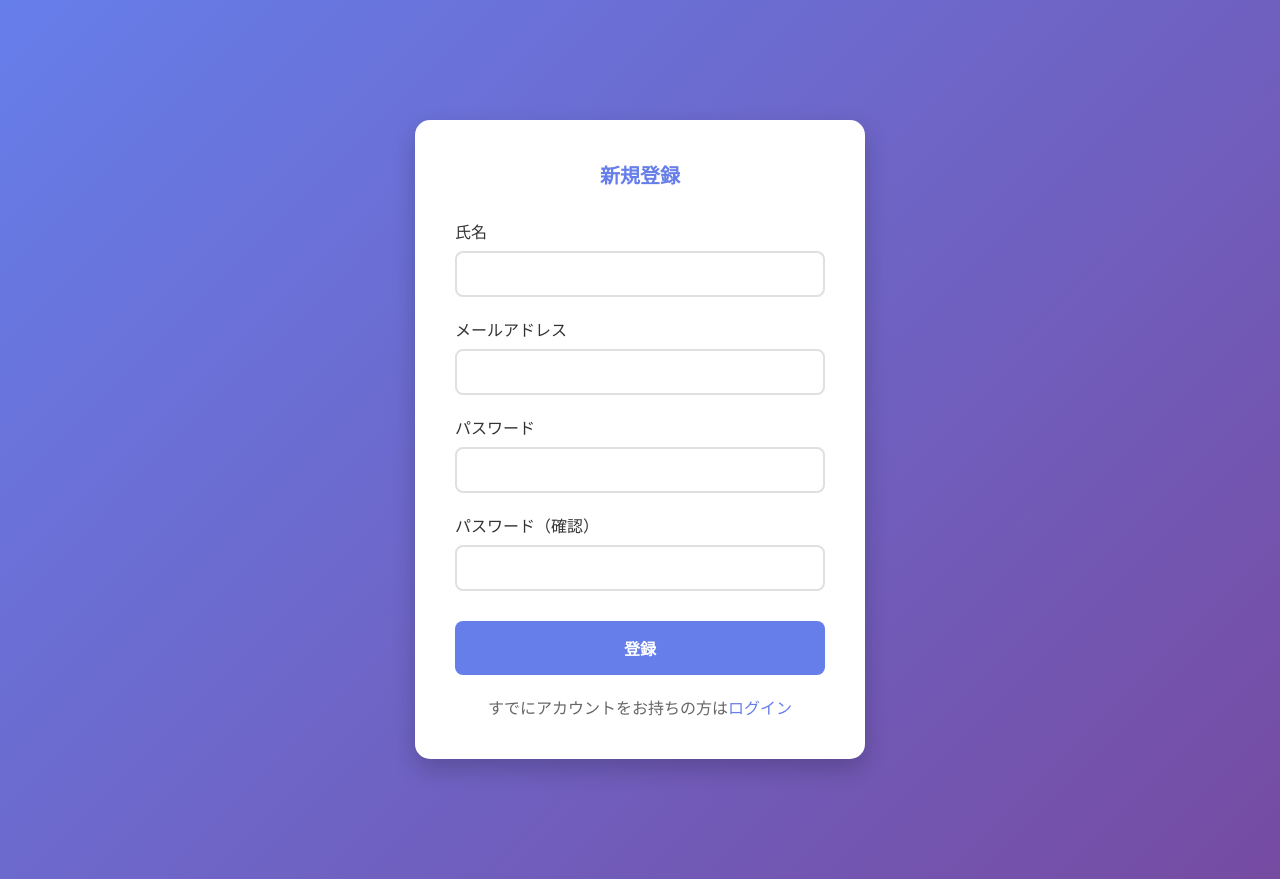
Repository: 04bit/WEB_HCJ
Page: index.html
These files come from the project's save history. The page is drawn as it stood at one moment and after the next save; the edit follows.
The browser window is 1280 px wide. The pictures show the whole page.
Empty fields were first filled with sample values (such as "Sample", 5 or name@example.com).
After loading, the first visible `#showRegister` was clicked once.

Above is the page before, as saved 2025-11-25 17:19:58.

### index.html
<!DOCTYPE html>
<html lang="ja">

<head>
    <meta charset="UTF-8">
    <meta name="viewport" content="width=device-width, initial-scale=1.0">
    <title>勤怠管理システム</title>
    <link rel="stylesheet" href="style.css">
    <script src="main.js" defer></script>
</head>

<body>
    <!-- ログイン画面 -->
    <div id="loginScreen" class="auth-container">
        <h1>勤怠管理システム</h1>
        <div id="loginError" class="error-message"></div>
        <form id="loginForm">
            <div class="form-group">
                <label>メールアドレス</label>
                <input type="email" id="loginEmail" title="loginEmail" required>
            </div>
            <div class="form-group">
                <label>パスワード</label>
                <input type="password" id="loginPassword" title="loginPassword" required>
            </div>
            <button type="submit" class="btn btn-primary">ログイン</button>
        </form>
        <div class="switch-form">
            アカウントをお持ちでない方は<a id="showRegister">新規登録</a>
        </div>
    </div>
    <!-- 新規登録画面 -->
    <div id="registerScreen" class="auth-container hidden">
        <h1>新規登録</h1>
        <div id="registerError" class="error-message"></div>
        <div id="registerSuccess" class="success-message"></div>
        <form id="registerForm">
            <div class="form-group">
                <label>氏名</label>
                <input type="text" id="registerName" title="registerName" required>
            </div>
            <div class="form-group">
                <label>メールアドレス</label>
                <input type="email" id="registerEmail" title="registerEmail" required>
            </div>
            <div class="form-group">
                <label>パスワード</label>
                <input type="password" id="registerPassword" title="registerPassword" required minlength="6">
            </div>
            <div class="form-group">
                <label>パスワード（確認）</label>
                <input type="password" id="registerPasswordConfirm" title="registerPasswordConfirm" required>
            </div>
            <button type="submit" class="btn btn-primary">登録</button>
        </form>
        <div class="switch-form">
            すでにアカウントをお持ちの方は<a id="showLogin">ログイン</a>
        </div>
    </div>
</body>

</html>

### style.css
@charset "UTF-8";

* {
    margin: 0;
    padding: 0;
    box-sizing: border-box;
}

body {
    font-family: 'Segoe UI' sans-serif;
    background: linear-gradient(135deg, #667eea 0%, #764ba2 100%);
    min-height: 100vh;
    padding: 20px;
}

.auth-container {
    max-width: 450px;
    margin: 100px auto;
    background: white;
    padding: 40px;
    border-radius: 15px;
    box-shadow: 0 10px 25px rgba(0,0,0,0.2);
}

.auth-container h1 {
    color: #667eea;
    text-align: center;
    margin-bottom: 30px;
    font-size: 20px;
}

.form-group {
    margin-bottom: 20px;
}

.form-group label {
    display: block;
    margin-bottom: 8px;
    color: #333;
    font-weight: 500;
}

.form-group input {
    width: 100%;
    padding: 12px 15px;
    border: 2px solid #e0e0e0;
    border-radius: 8px;
    font-size: 16px;
    transition: border 0.3s;
}

.form-group input:focus {
    outline: none;
    border-color: #667eea;
}

.btn {
    width: 100%;
    padding: 15px;
    border: none;
    border-radius: 8px;
    font-size: 16px;
    font-weight: bold;
    cursor: pointer;
    transition: all 0.3s;
    margin-top: 10px;
}

.btn-primary {
    background: #667eea;
    color: white;
}

.btn-primary:hover {
    background: #5568d3;
    transform: translateY(-2px);
}

.switch-form {
    text-align: center;
    margin-top: 20px;
    color: #666;
}

.switch-form a {
    color: #667eea;
    cursor: pointer;
    text-decoration: none;
}

.hidden {
    display: none !important;
}

### main.js

document.addEventListener('DOMContentLoaded', () => {
    const selectors = ['loginScreen', 'registerScreen', 'appScreen'];

    function showScreen(screen) {
        selectors.forEach(s => {
            const el = document.getElementById(s);
            if (el) el.classList.add('hidden');
        });
        const target = document.getElementById(screen);
        if (target) target.classList.remove('hidden');
    }

    function showTempMessage(elementId, message, isError = false) {
        const el = document.getElementById(elementId);
        if (!el) return;
        el.textContent = message;
        el.style.display = 'block';
        el.classList.toggle('error-message', isError);
        setTimeout(() => {
            el.style.display = 'none';
            el.textContent = '';
        }, 3000);
    }

    // Attach simple navigation handlers (protect against missing elements)
    const showRegister = document.getElementById('showRegister');
    const showLogin = document.getElementById('showLogin');
    if (showRegister) showRegister.addEventListener('click', (e) => { e.preventDefault(); showScreen('registerScreen'); });
    if (showLogin) showLogin.addEventListener('click', (e) => { e.preventDefault(); showScreen('loginScreen'); });

    // Form handling
    const registerForm = document.getElementById('registerForm');
    const loginForm = document.getElementById('loginForm');

    if (registerForm) {
        registerForm.addEventListener('submit', (e) => {
            e.preventDefault();
            const name = (document.getElementById('registerName') || {}).value || '';
            const email = (document.getElementById('registerEmail') || {}).value || '';
            const password = (document.getElementById('registerPassword') || {}).value || '';
            const passwordConfirm = (document.getElementById('registerPasswordConfirm') || {}).value || '';

            const registerErrorEl = document.getElementById('registerError');
            const registerSuccessEl = document.getElementById('registerSuccess');
            if (registerErrorEl) { registerErrorEl.textContent = ''; registerErrorEl.style.display = 'none'; }
            if (registerSuccessEl) { registerSuccessEl.textContent = ''; registerSuccessEl.style.display = 'none'; }

            if (!name || !email || !password) {
                if (registerErrorEl) { registerErrorEl.textContent = '必須項目を入力してください。'; registerErrorEl.style.display = 'block'; }
                return;
            }
            if (password !== passwordConfirm) {
                if (registerErrorEl) { registerErrorEl.textContent = 'パスワードが一致しません。'; registerErrorEl.style.display = 'block'; }
                return;
            }

            // TODO: 実際のサーバー呼び出しやユーザー保存処理をここに追加
            if (registerSuccessEl) {
                registerSuccessEl.textContent = '登録が完了しました。ログイン画面に戻ります。';
                registerSuccessEl.style.display = 'block';
            }

            // 2秒後にログイン画面へ戻す（ユーザーにメッセージを表示するため）
            setTimeout(() => {
                if (registerForm) registerForm.reset();
                showScreen('loginScreen');
            }, 2000);
        });
    }

    if (loginForm) {
        loginForm.addEventListener('submit', (e) => {
            e.preventDefault();
            const email = (document.getElementById('loginEmail') || {}).value || '';
            const password = (document.getElementById('loginPassword') || {}).value || '';
            const loginErrorEl = document.getElementById('loginError');
            if (loginErrorEl) { loginErrorEl.textContent = ''; loginErrorEl.style.display = 'none'; }

            if (!email || !password) {
                if (loginErrorEl) { loginErrorEl.textContent = 'メールアドレスとパスワードを入力してください。'; loginErrorEl.style.display = 'block'; }
                return;
            }

            // TODO: サーバー認証を追加。ここでは成功したものとして振る舞う。
            if (loginErrorEl) { loginErrorEl.textContent = 'ログイン成功（デモ）。'; loginErrorEl.style.display = 'block'; }

            // 実際のアプリ画面があればここで切り替える（`appScreen` が存在する場合のみ）
            const appEl = document.getElementById('appScreen');
            if (appEl) {
                showScreen('appScreen');
            }
        });
    }
});

After the next save:
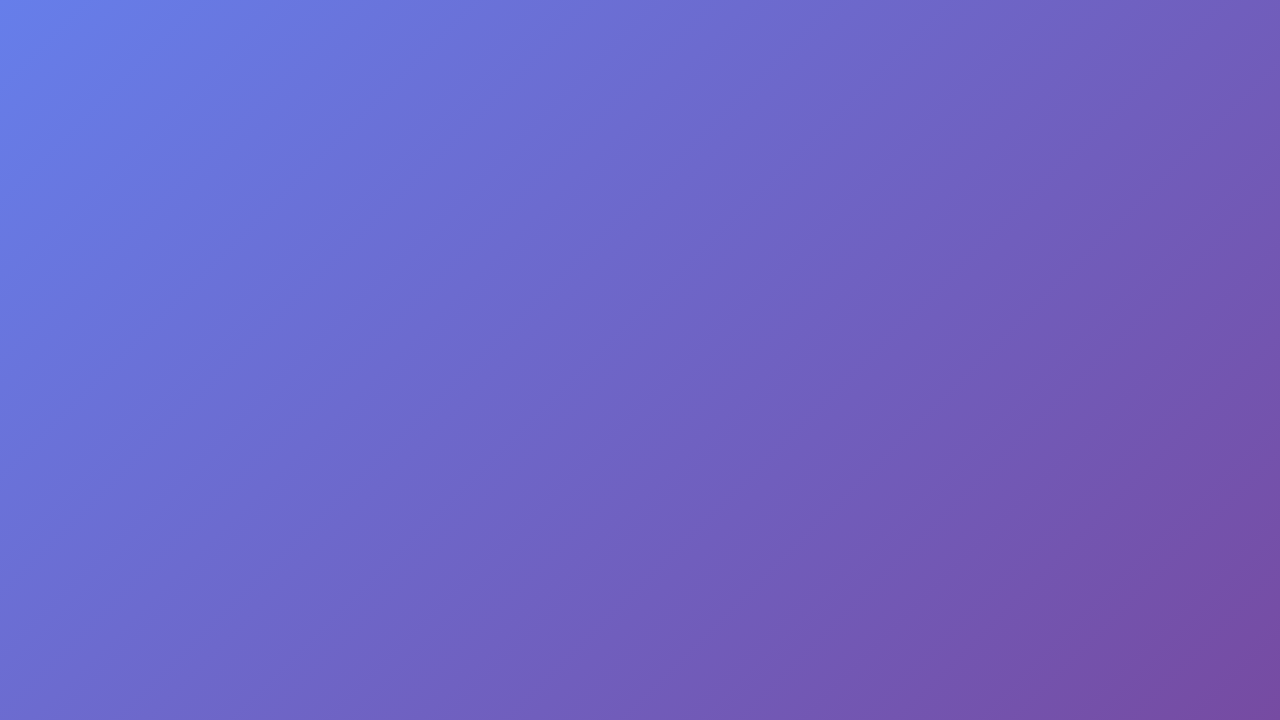
Console error: TypeError: Cannot read properties of null (reading 'classList')
Saved 30 s later.
--- a/main.js
+++ b/main.js
@@ -1,95 +1,17 @@
 
-document.addEventListener('DOMContentLoaded', () => {
-    const selectors = ['loginScreen', 'registerScreen', 'appScreen'];
+function showScreen(screen) {
+    ['loginScreen', 'registerScreen', 'appScreen'].forEach(s => {
+        document.getElementById(s).classList.add('hidden');
+    });
+    document.getElementById(screen).classList.remove('hidden');
+}
 
-    function showScreen(screen) {
-        selectors.forEach(s => {
-            const el = document.getElementById(s);
-            if (el) el.classList.add('hidden');
-        });
-        const target = document.getElementById(screen);
-        if (target) target.classList.remove('hidden');
-    }
+function showSuccess(elementId, message) {
+    const el = document.getElementById(elementId);
+    el.textContent = message;
+    el.style.display = 'block';
+    setTimeout(() => el.style.display = 'none', 3000);
+}
 
-    function showTempMessage(elementId, message, isError = false) {
-        const el = document.getElementById(elementId);
-        if (!el) return;
-        el.textContent = message;
-        el.style.display = 'block';
-        el.classList.toggle('error-message', isError);
-        setTimeout(() => {
-            el.style.display = 'none';
-            el.textContent = '';
-        }, 3000);
-    }
-
-    // Attach simple navigation handlers (protect against missing elements)
-    const showRegister = document.getElementById('showRegister');
-    const showLogin = document.getElementById('showLogin');
-    if (showRegister) showRegister.addEventListener('click', (e) => { e.preventDefault(); showScreen('registerScreen'); });
-    if (showLogin) showLogin.addEventListener('click', (e) => { e.preventDefault(); showScreen('loginScreen'); });
-
-    // Form handling
-    const registerForm = document.getElementById('registerForm');
-    const loginForm = document.getElementById('loginForm');
-
-    if (registerForm) {
-        registerForm.addEventListener('submit', (e) => {
-            e.preventDefault();
-            const name = (document.getElementById('registerName') || {}).value || '';
-            const email = (document.getElementById('registerEmail') || {}).value || '';
-            const password = (document.getElementById('registerPassword') || {}).value || '';
-            const passwordConfirm = (document.getElementById('registerPasswordConfirm') || {}).value || '';
-
-            const registerErrorEl = document.getElementById('registerError');
-            const registerSuccessEl = document.getElementById('registerSuccess');
-            if (registerErrorEl) { registerErrorEl.textContent = ''; registerErrorEl.style.display = 'none'; }
-            if (registerSuccessEl) { registerSuccessEl.textContent = ''; registerSuccessEl.style.display = 'none'; }
-
-            if (!name || !email || !password) {
-                if (registerErrorEl) { registerErrorEl.textContent = '必須項目を入力してください。'; registerErrorEl.style.display = 'block'; }
-                return;
-            }
-            if (password !== passwordConfirm) {
-                if (registerErrorEl) { registerErrorEl.textContent = 'パスワードが一致しません。'; registerErrorEl.style.display = 'block'; }
-                return;
-            }
-
-            // TODO: 実際のサーバー呼び出しやユーザー保存処理をここに追加
-            if (registerSuccessEl) {
-                registerSuccessEl.textContent = '登録が完了しました。ログイン画面に戻ります。';
-                registerSuccessEl.style.display = 'block';
-            }
-
-            // 2秒後にログイン画面へ戻す（ユーザーにメッセージを表示するため）
-            setTimeout(() => {
-                if (registerForm) registerForm.reset();
-                showScreen('loginScreen');
-            }, 2000);
-        });
-    }
-
-    if (loginForm) {
-        loginForm.addEventListener('submit', (e) => {
-            e.preventDefault();
-            const email = (document.getElementById('loginEmail') || {}).value || '';
-            const password = (document.getElementById('loginPassword') || {}).value || '';
-            const loginErrorEl = document.getElementById('loginError');
-            if (loginErrorEl) { loginErrorEl.textContent = ''; loginErrorEl.style.display = 'none'; }
-
-            if (!email || !password) {
-                if (loginErrorEl) { loginErrorEl.textContent = 'メールアドレスとパスワードを入力してください。'; loginErrorEl.style.display = 'block'; }
-                return;
-            }
-
-            // TODO: サーバー認証を追加。ここでは成功したものとして振る舞う。
-            if (loginErrorEl) { loginErrorEl.textContent = 'ログイン成功（デモ）。'; loginErrorEl.style.display = 'block'; }
-
-            // 実際のアプリ画面があればここで切り替える（`appScreen` が存在する場合のみ）
-            const appEl = document.getElementById('appScreen');
-            if (appEl) {
-                showScreen('appScreen');
-            }
-        });
-    }
-});
+document.getElementById('showRegister').onclick = () => showScreen('registerScreen');
+document.getElementById('showLogin').onclick = () => showScreen('loginScreen');

After the save that followed:
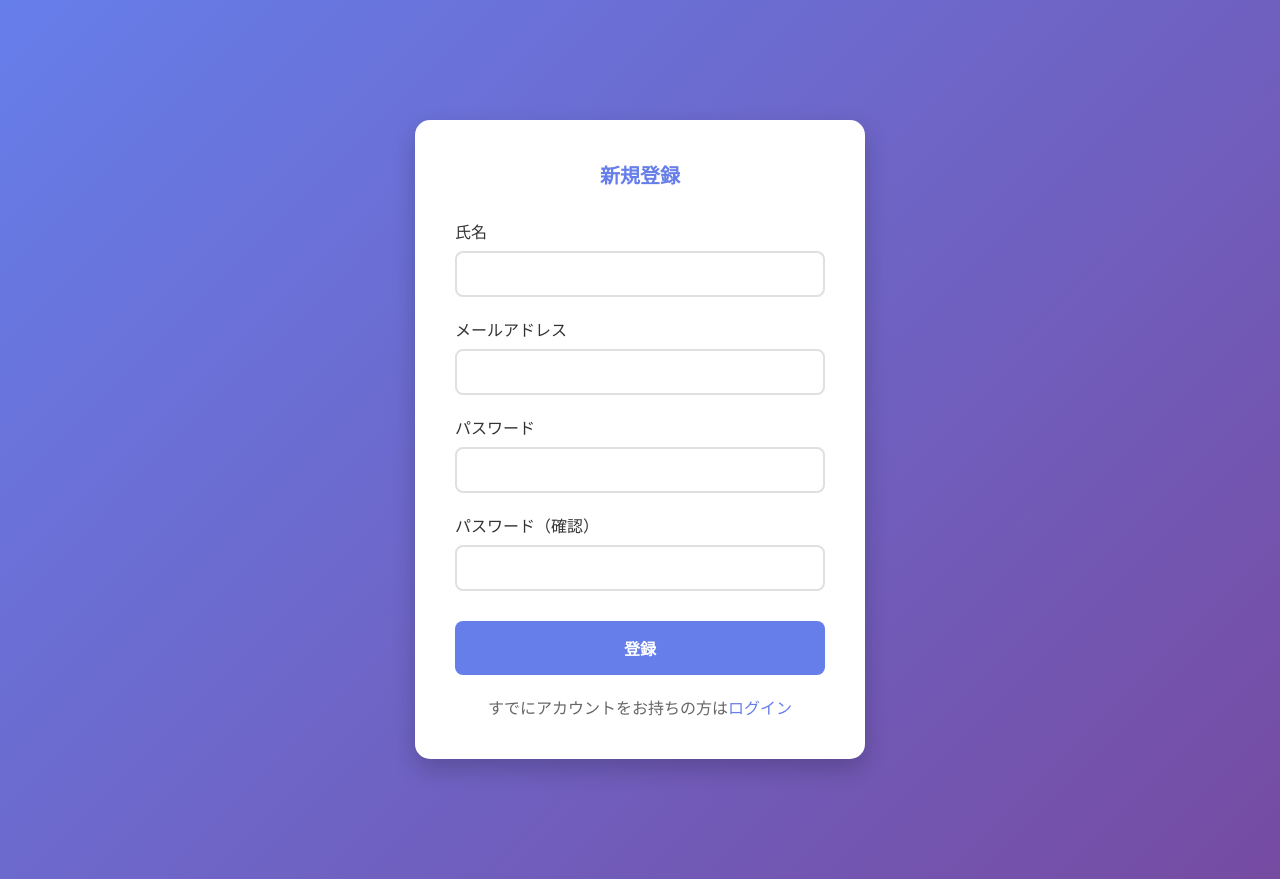
The error is gone.
Saved 3 min 2 s later.
--- a/main.js
+++ b/main.js
@@ -1,6 +1,6 @@
 
 function showScreen(screen) {
-    ['loginScreen', 'registerScreen', 'appScreen'].forEach(s => {
+    ['loginScreen', 'registerScreen'].forEach(s => {
         document.getElementById(s).classList.add('hidden');
     });
     document.getElementById(screen).classList.remove('hidden');
